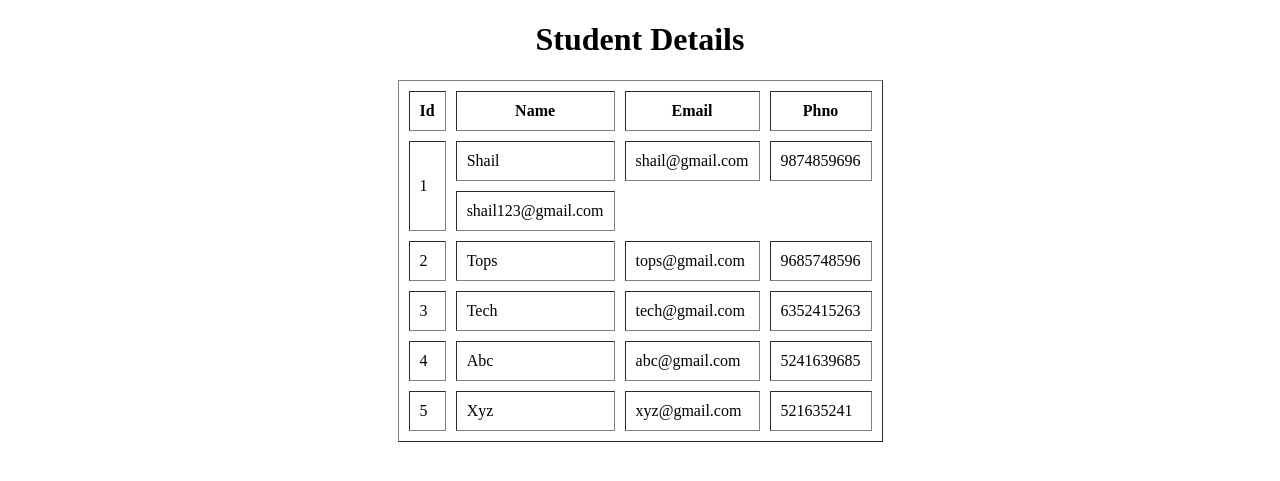
Repository: Chintan-elite/Java_Shail
Page: Learning_web/src/main/webapp/Table.html
The author's editor kept a copy of each file at every save. The page is drawn from the files as they stood at one save, then again after the next save.
The browser window is 1280 px wide. The pictures show the whole page.

Above is the page before, as saved 2023-09-11 11:48:28.

After the next save:
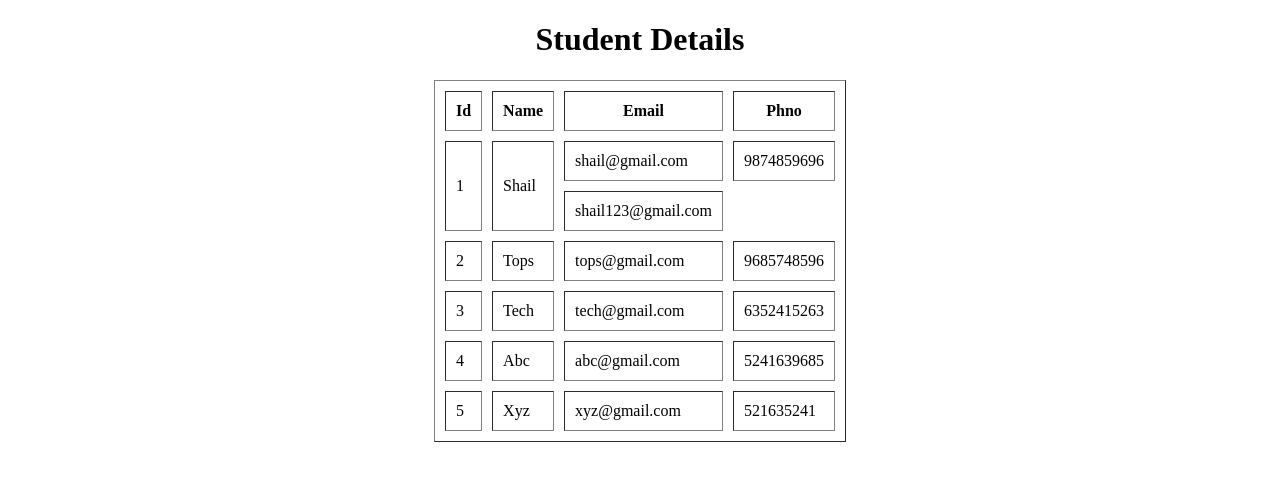
Saved 14 s later.
--- a/Learning_web/src/main/webapp/Table.html
+++ b/Learning_web/src/main/webapp/Table.html
@@ -17,7 +17,7 @@
 
 		<tr>
 			<td rowspan="2">1</td>
-			<td>Shail</td>
+			<td rowspan="2">Shail</td>
 			<td>shail@gmail.com</td>
 			<td>9874859696</td>
 		</tr>
